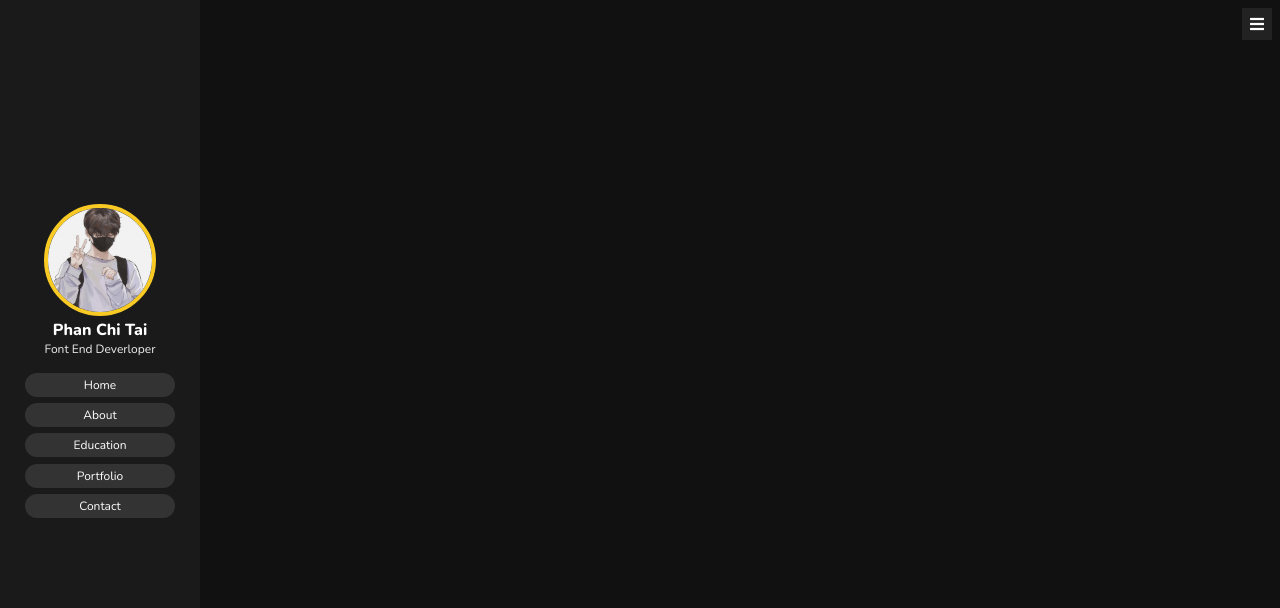
Repository: PCTai/My-profile
Page: index.html
An editor plug-in stored every save of this project. The page is shown before and after the next save, followed by the edit.
The browser window is 1280 px wide. The pictures show the whole page.

Above is the page before, as saved 2021-11-25 18:32:32.

### index.html
<!DOCTYPE html>
<html lang="en">
<head>
    <meta charset="UTF-8">
    <meta http-equiv="X-UA-Compatible" content="IE=edge">
    <meta name="viewport" content="width=device-width, initial-scale=1.0">
    <link rel="preconnect" href="https://fonts.googleapis.com">
    <link rel="preconnect" href="https://fonts.gstatic.com" crossorigin>
    <link href="https://fonts.googleapis.com/css2?family=Nunito:ital,wght@0,400;0,600;0,800;1,200;1,300&display=swap" rel="stylesheet">
    <link rel="stylesheet" href="/assets/font/fontawesome-free-5.15.3-web/css/all.css">

    <link rel="stylesheet" href="/assets/css/style.css">
    <link rel="stylesheet" href="/assets/css/reponsive.css">
    <title>Document</title>
</head>
<body>
    <!-- Header start -->
    <header>
        <div class="user">
            <img src="/assets/imgs/user.jpg" alt="">
            <h3 class="name">Phan Chi Tai</h3>
            <div class="post">Font End Deverloper</div>
        </div>
        <div class="navbar">
            <ul>
                <li><a href="#home">home</a></li>
                <li><a href="#about">About</a></li>
                <li><a href="#education">Education</a></li>
                <li><a href="#portfolio">Portfolio</a></li>
                <li><a href="#contact">Contact</a></li>
            </ul>
        </div>
    </header>
    <!-- Header end -->
    <div id="menu"class="fas fa-bars">
    </div>


</body>
</html>

### assets/css/style.css
:root{
    --yellow: #f9ca24;
}
*{
    font-family: 'Nunito', sans-serif;
    margin: 0;padding: 0;
    box-sizing: border-box;
    text-decoration: none;
    outline: none;border: none;
    text-transform: capitalize;
    transition: all .2s linear;
}
html{
    font-size: 62,5%;
    overflow: hidden;
}
::selection{
    background-color: var(--yellow);
    color: #333;

}
html::-webkit-scrollbar{
    width: 1.4rem;
}
html::-webkit-scrollbar-track{
    background: #222;
}
html::-webkit-scrollbar-thumb{
    background: var(--yellow);
}
body{
    background: #111;
}
header{
    position: fixed;
    top: 0;
    left: 0;
    z-index: 1000;
    height: 100%;
    display: flex;
    flex-direction: column;
    justify-content: center;
    align-items: center;
    width: 25rem;
    background-color: #1a1a1a;
}
.user img{
    margin-top: 2rem;
    height: 14rem;
    width: 14rem;
    border-radius: 50%;
    object-fit: cover;
    border: 0.5rem solid var(--yellow);

}
header .user .name{
    text-align: center;
    font-size: 2rem;
    color: #fff;
}
header .user .post{
    text-align: center;
    font-size: 1.5rem;
    color: #eee;
}
header .navbar ul{
    margin-top: 1rem;
    list-style: none;
    padding: 1rem 3rem;
}
header .navbar ul li a:hover{
    background-color: var(--yellow);
}
header .navbar ul li a{
    display: block;
    padding: 0.5rem 6rem;
   margin-bottom: 0.8rem;
   background-color: #333;
   color: #fff;
   font-size: 1.5rem;
   border-radius: 5rem;
   text-align: center;
   cursor: pointer;
}
#menu:hover{
    color: var(--yellow);
}

#menu{
    position: fixed;
    top: 1rem;
    right: 1rem;
    color: #fff;
    padding: 1rem;
    background-color: #222;
    font-size: 2rem;
    cursor: pointer;
}

### assets/css/reponsive.css

@media (min-width:1024px){
    html{
        font-size: 50%;
    }
}
@media (max-width:1024px){
    header{
        left: -125%;
    }
}

Loaded but not shown: assets/font/fontawesome-free-5.15.3-web/css/all.css (library)

After the next save:
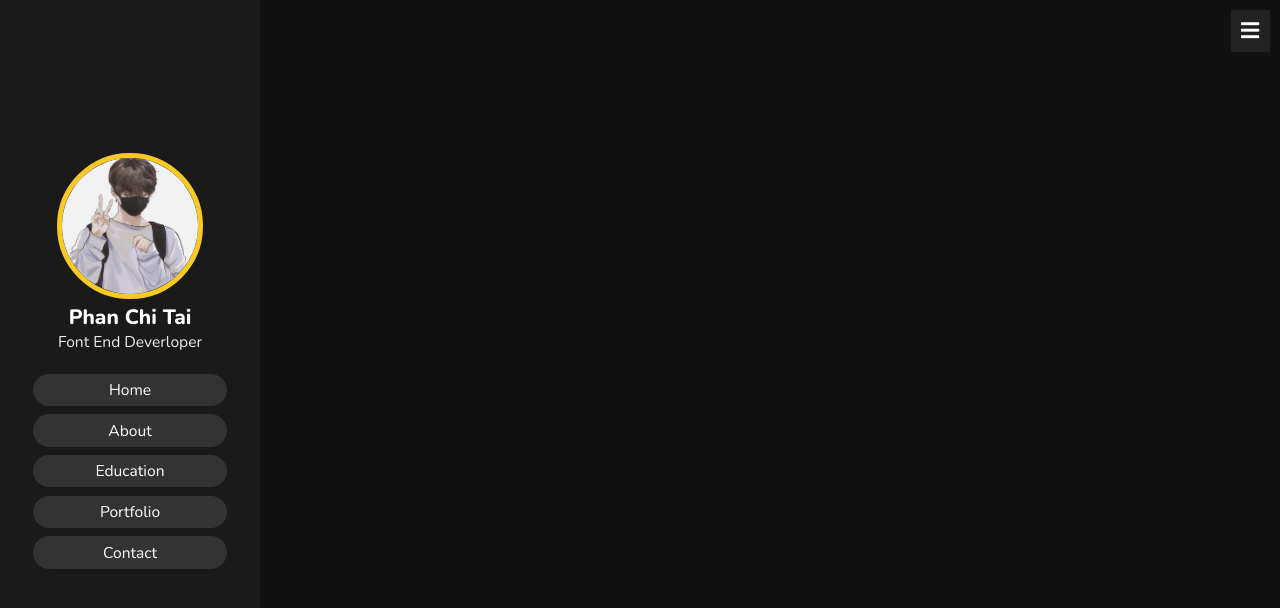
Saved 22 s later.
--- a/assets/css/reponsive.css
+++ b/assets/css/reponsive.css
@@ -1,7 +1,7 @@
 
 @media (min-width:1024px){
     html{
-        font-size: 50%;
+        font-size: 65%;
     }
 }
 @media (max-width:1024px){
